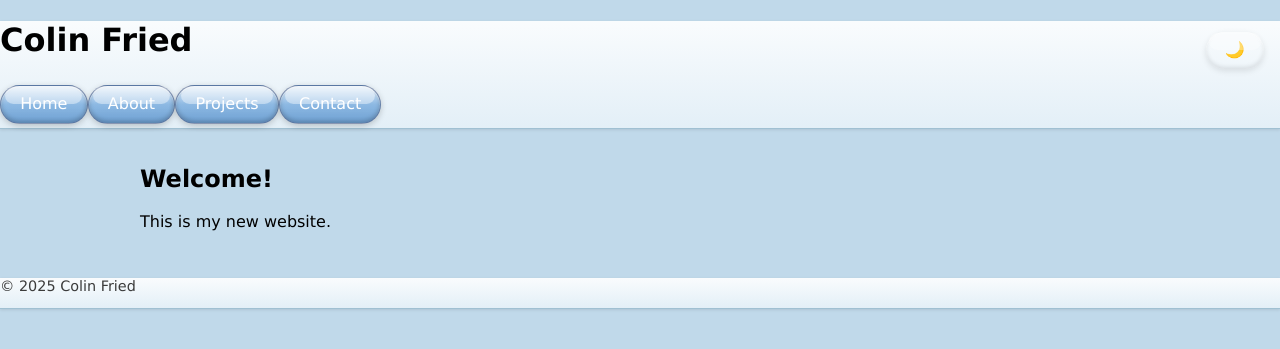
Repository: colinfdsaui/colin
Page: website.html
These files come from the project's save history. The page is drawn as it stood at one moment and after the next save; the edit follows.
The browser window is 1280 px wide. The pictures show the whole page.

Above is the page before, as saved 2025-07-09 09:21:56.

### website.html
<!DOCTYPE html>
<html lang="en">
<head>
  <meta charset="UTF-8"/>
  <meta name="viewport" content="width=device-width, initial-scale=1.0"/>
  <title>My Website</title>

  <!-- Styles -->
  <link rel="stylesheet" href="styles.css"/>

  <!-- Site JS (deferred) -->
  <script src="scripts/main.js" defer></script>

  <!-- Global MathJax config -->
  <script>
    window.MathJax = {
      tex: {
        inlineMath: [['$', '$'], ['\\(', '\\)']],
        displayMath: [['\\[', '\\]'], ['$$', '$$']],
        processEscapes: true
      },
      svg: { fontCache: 'global' }
    };
  </script>
  <!-- Load MathJax v3 -->
  <script src="https://cdn.jsdelivr.net/npm/mathjax@3/es5/tex-svg.js" defer></script>
</head>

<body>
  <!-- Header / Nav -->
  <header>
    <h1>Colin Fried</h1>
    <nav>
      <ul class="nav-links">
        <li><a class="active" href="website.html">Home</a></li>
        <li><a href="about.html">About</a></li>
        <li><a href="projects.html">Projects</a></li>
        <li><a href="test.html">Contact</a></li>
      </ul>
      <button id="theme-toggle" aria-label="Toggle dark mode">🌙</button>
    </nav>
  </header>

  <!-- Main Content -->
  <main>
    <section id="hero">
      <h2>Welcome!</h2>
      <p>This is my new website.</p>
    </section>
  </main>

  <!-- Footer -->
  <footer>
    <p>© 2025 Colin Fried</p>
  </footer>
</body>
</html>

### styles.css
/* ====================
   Global & layout
   ==================== */

/* 1) Define your palette once, at the top of your main stylesheet */
/* ─── Light (default) ───────────────────────────────────────────────────────── */
:root {
  --color-bg-primary:      #c0d9ea;
  --color-bg-secondary:    #e3eff7;
  --color-bg-highlight:    #fffffd;
  --color-accent:          #8db9e3;
  --color-accent-dark:     #6b8cb4;
  --color-text-primary:    #000000;
  --color-text-secondary:  #3b3b3b;
  --color-text-inverse:    #ffffff;
  --color-border:          #a0c0d2;
  --color-shadow:          rgba(0,0,0,0.1);
  --btn-grad-top:       rgba(255,255,255,0.8);  /* glossy highlight */
  --btn-grad-mid:       rgba(141,185,227,0.9);  /* mid‑tone Aqua */
  --btn-grad-bottom:    rgba(110,160,210,1);    /* deeper base */
  /* lighter highlight shadow */
  --color-shadow-light:  rgba(255,255,255,0.6);
  /* darker inset on hover */
  --color-shadow-hover:  rgba(0,0,0,0.3);
  /* darker inset on active */
  --color-shadow-active: rgba(0,0,0,0.2);
}

/* ─── Dark theme overrides ──────────────────────────────────────────────────── */
html[data-theme="dark"] {
  /* Deep “ocean” base */
  --color-bg-primary:      #1f2933;   /* midnight‑blue with teal hint */
  /* Slightly lighter panels & surfaces */
  --color-bg-secondary:    #273645;
  --color-bg-highlight:    #2e3d55;   /* subtle lift for cards/panels */

  /* Aqua‐accent pops */
  --color-accent:          #3fa9f5;   /* sky‑blue */
  --color-accent-dark:     #1e70c7;   /* rich sapphire */

  /* Text tones */
  --color-text-primary:    #d7e7f1;   /* pale ice */
  --color-text-secondary:  #9cb4cc;   /* muted steel blue */
  --color-text-inverse:    #000000;   /* for accent on bright buttons */

  /* Borders & dividers */
  --color-border:          #3a4a5f;   /* faded charcoal */

  /* Shadows */
  --color-shadow:          rgba(0,0,0,0.6); /* deeper shadow for depth */
  --btn-grad-top:       rgba(255,255,255,0.2);  /* subtler highlight */
  --btn-grad-mid:       var(--color-accent);    /* use your dark accent */
  --btn-grad-bottom:    var(--color-accent-dark);
  --color-shadow-light:  rgba(255,255,255,0.3);
  --color-shadow-hover:  rgba(0,0,0,0.5);
  --color-shadow-active: rgba(0,0,0,0.4);
}


#theme-toggle {
  position: fixed;
  top: 2rem;
  right: 1rem;
  background: transparent;
  border: none;
  font-size: 1rem;
  cursor: pointer;
  color: var(--color-text-primary);
}

body {
  margin:            0;
  padding:           0;
  font-family:       "Lucida Grande", -apple-system, BlinkMacSystemFont, sans-serif;
  background-color:  var(--color-bg-primary);
  color:             var(--color-text-primary);
}

/* Header & Footer with gradient, borders & shadow */
header,
footer {
  background-color:  var(--color-bg-secondary);
  background-image:  linear-gradient(
                       to bottom,
                       rgba(255,255,255,0.8),
                       var(--color-bg-secondary)
                     );
  background-repeat: no-repeat;
  background-size:   cover;
  border-bottom:     1px solid var(--color-border);
  box-shadow:        0 1px 3px var(--color-shadow);
}

nav ul {
  list-style-type: none;
  margin: 0;
  padding: 0;
  display: flex;
  justify-content: left;
}

main {
  padding:    1rem;
  max-width:  1000px;
  margin:     auto;
}

footer {
  font-size:    0.9rem;
  color:        var(--color-text-secondary);
}

/* ====================
   Links as Buttons
   ==================== */

/* Turn every <a> into a button */
a {
  display:          inline-block;
  padding:          0.5em 1em;
  margin:           0.25em 0;
  background-color: var(--color-accent);
  color:            var(--color-text-inverse);
  text-decoration:  none;
  border:           1px solid var(--color-accent-dark);
  border-radius:    4px;
  font-family:      inherit;
  font-size:        1rem;
  line-height:      1.2;
  cursor:           pointer;
  box-shadow:       0 1px 2px var(--color-shadow);
  transition:       background-color 0.2s ease,
                    transform        0.1s ease;
}

/* ====================
   Aqua‑style pill buttons for <a>
   ==================== */
a {
  /* Reset/link basics */
  display:          inline-block;
  position:         relative;      /* for ::before */
  text-decoration:  none;
  color:            var(--color-text-inverse);
  font-family:      inherit;
  font-size:        1rem;
  line-height:      1.5;
  padding:          0.4em 1.2em;   /* taller for pill shape */
  margin:           0.25em 0;

  /* Pill shape + border */
  border-radius:    9999px;
  border:           1px solid rgba(75, 93, 132, 0.6);

  /* Gradient background: top → mid → bottom */
  background-image:
    linear-gradient(
      to bottom,
      rgba(255,255,255,0.8) 0%,       /* bright top */
      rgba(141,185,227,0.9) 50%,      /* mid‑blue */
      rgba(110,160,210,1) 100%        /* darker bottom */
    );

  /* Depth: inner shadow + outer glow */
  box-shadow:
    inset 0 1px 1px rgba(255,255,255,0.6),   /* light inner highlight */
    inset 0 -2px 4px rgba(0,0,0,0.2),        /* dark inner shadow */
    0 2px 6px rgba(0,0,0,0.2);               /* outer drop shadow */

  cursor:           pointer;
  transition:       transform 0.1s ease,
                    box-shadow 0.2s ease;
}

/* the glossy “shine” stripe */
a::before {
  content: "";
  position: absolute;
  top:    4%;
  left:   5%;
  width:  90%;
  height: 45%;
  border-radius: inherit;
  background: rgba(255, 255, 255, 0.4);
}

/* hover / focus lift */
a:hover,
a:focus {
  transform: translateY(-1px);
  box-shadow:
    inset 0 1px 1px rgba(255,255,255,0.6),
    inset 0 -2px 4px rgba(0,0,0,0.3),
    0 4px 8px rgba(0,0,0,0.25);
}

/* active (pressed‑in) state */
a:active {
  transform: translateY(0);
  box-shadow:
    inset 0 1px 2px rgba(0,0,0,0.2),
    0 1px 3px rgba(0,0,0,0.15);
}

/* ====================
   Global Button Styles (apply to every <button>)
   ==================== */
button {
  background-image:
    linear-gradient(
      to bottom,
      var(--btn-grad-top)    0%,
      var(--btn-grad-mid)    50%,
      var(--btn-grad-bottom) 100%
    );
  color:            var(--color-text-inverse);
  border:           1px solid var(--color-accent-dark);
  border-radius:    9999px;
  padding:          0.4em 1.2em;
  font-family:      inherit;
  font-size:        1rem;
  line-height:      1.5;
  cursor:           pointer;
  position:         relative;
  box-shadow:
    inset 0 1px 1px var(--color-shadow-light),
    inset 0 -2px 4px var(--color-shadow),
    0 2px 6px var(--color-shadow);
  transition:       transform 0.1s ease, box-shadow 0.2s ease;
}

button::before {
  content: "";
  position: absolute;
  top:    4%;
  left:   5%;
  width:  90%;
  height: 45%;
  border-radius: inherit;
  background:       var(--btn-grad-top);
  opacity:          0.4;
}

button:hover,
button:focus {
  transform: translateY(-1px);
  box-shadow:
    inset 0 1px 1px var(--color-shadow-light),
    inset 0 -2px 4px var(--color-shadow-hover),
    0 4px 8px var(--color-shadow);
}

button:active {
  transform: translateY(0);
  box-shadow:
    inset 0 1px 2px var(--color-shadow-active),
    0 1px 3px var(--color-shadow);
}

.panel {
  background-color: var(--color-bg-highlight);
  border:           1px solid var(--color-border);
  padding:          1em;
  border-radius:    6px;
}

/* ====================
   Flipbook container (existing)
   ==================== */
#flipbook,
#flipbook-wrapper {
  width:       800px;
  height:      600px;
  margin:      2rem auto;
  overflow:    hidden;
  background:  var(--color-bg-primary);
  border:      1px solid var(--color-border);
  box-shadow:  0 2px 4px var(--color-shadow);
}

/* scoped only to that instance */
#flipbook-wrapper.custom-bg #flipbook {
  background: url("pages/dust_jacket_front.png");
  background-size: contain;
}


#flipbook .page {
  width:         50%;
  height:        100%;
  float:         left;
  overflow:      hidden;
  background:    var(--color-bg-highlight);
  border-right:  1px solid var(--color-border);
  border: 1px solid rgba(0, 0, 0, 0.05); /* soft edge */
}

#flipbook .page.dummy {
  background: empty;
  pointer-events: none;
}

#flipbook .page img {
  width:       100%;
  height:      100%;
  object-fit:  scale;
  transition:  transform 0.3s ease;
}

/* Zoomed page image */
#flipbook .page img.zoomed {
  transform: scale(2);
  cursor:    zoom-out;
}

/* Full-screen zoom modal */
#zoom-modal {
  display:         none;
  position:        fixed;
  inset:           0;
  background:      rgba(0, 0, 0, 0.8);
  z-index:         9999;
  align-items:     center;
  justify-content: center;
  overflow:        auto;
}

#zoom-modal img {
  width:       150%;
  height:      150%;
  transform:   translate(-15%);
  object-fit:  contain;
}

.flipbook-controls {
  display:        flex;
  justify-content: center;  /* center items horizontally */
  align-items:    center;    /* center items vertically */
  flex-wrap:      wrap;      /* allow items to wrap onto multiple lines */
  gap:            0.5rem;    /* space between items */
  margin:         1rem 0;    /* optional vertical spacing around the controls */
}

/* Optional: normalize spacing on every direct child (buttons, inputs, labels) */
.flipbook-controls > * {
  margin: 0.25rem;
}

/* ── Shelf Container ───────────────────────────────────────────────────────── */
.shelf {
  position:       relative;
  padding-bottom: 3rem;  /* room for the plank thickness + shadow */
  margin:         2rem 0;
  perspective:    200px; /* optional for subtle depth */
}

/* Front plank face */
.shelf::before {
  content:        "";
  position:       absolute;
  bottom:         0;
  left:           0%;
  width:          101%;
  height:         1.5rem;   /* thickness of the shelf */
  background:     var(--color-accent-dark);
  border-radius:  2px 2px 6px 6px;
  box-shadow:
    0 2px 4px rgba(0,0,0,0.3),    /* cast shadow below */
    inset 0 2px 4px rgba(255,255,255,0.2); /* light highlight at top edge */
  z-index:        1;
}

/* ── Shelf Plank ───────────────────────────────────────────────────────────── */
.shelf::after {
  content:        "";
  position:       absolute;
  bottom:         1.5rem;  /* sit directly on top of ::before */
  left:           0.5%;
  width:          100%;
  height:         0.5rem;  /* the “lid” thickness */
  background:     linear-gradient(
                    to bottom,
                    rgba(255,255,255,0.6),
                    var(--color-accent)
                  );
  border-radius:  6px 6px 0 0;
  box-shadow:
    inset 0 -1px 2px rgba(0,0,0,0.2); /* subtle inner shadow */
  z-index:        2;
}
/* ── Cover Gallery ─────────────────────────────────────────────────────────── */
.book-grid {
  display:            grid;
  grid-template-columns: repeat(auto-fill, minmax(160px, 1fr));
  gap:                1rem 2rem;
  padding:            2rem;
  justify-items:      center;
  z-index:  1;
}

.book-item {
  display:            flex;
  flex-direction:     column;
  align-items:        center;
  text-decoration:    none;
  color:              var(--color-text-primary);
  transition:         transform 0.2s ease, box-shadow 0.2s ease;
  background:      none !important;
  border:          none !important;
  box-shadow:      none !important;
  padding:         0 !important;
  position:        static !important;  /* neutralize position:relative */
  margin-bottom:  -3rem;     /* pulls the image down onto the shelf */
  transition:     transform 0.2s ease;
}
/* Remove the glossy pseudo‑element */
.book-item::before {
  content:        none !important;
}

.book-item img {
  width:              100%;
  height:             auto;
  max-height:         250px; /* adjust to preference */
  object-fit:         cover;
  border:             1px solid var(--color-border);
  box-shadow:         0 8px 8px rgba(0,0,0,0.1);
  border-radius:      5px;
}

.book-item .book-title {
  margin-top:         0.5rem;
  font-size:          0.9rem;
  text-align:         center;
}

.book-item:hover {
  transform:          translateY(-4px);
  box-shadow:         0 8px 16px rgba(0,0,0,0.15);
  transform: translateY(-4px);
  transform: scale(1.1);
  z-index: 10;
}

### scripts/main.js
// main.js

document.addEventListener('DOMContentLoaded', () => {
  const btn  = document.getElementById('theme-toggle');
  const root = document.documentElement;

  // On load, apply saved theme
  if (localStorage.getItem('theme') === 'dark') {
    root.setAttribute('data-theme', 'dark');
    btn.textContent = '☀️';
  }

  btn.addEventListener('click', () => {
    const isDark = root.getAttribute('data-theme') === 'dark';

    if (isDark) {
      root.removeAttribute('data-theme');
      localStorage.removeItem('theme');
      btn.textContent = '🌙';
    } else {
      root.setAttribute('data-theme', 'dark');
      localStorage.setItem('theme', 'dark');
      btn.textContent = '☀️';
    }
  });
});

After the next save:
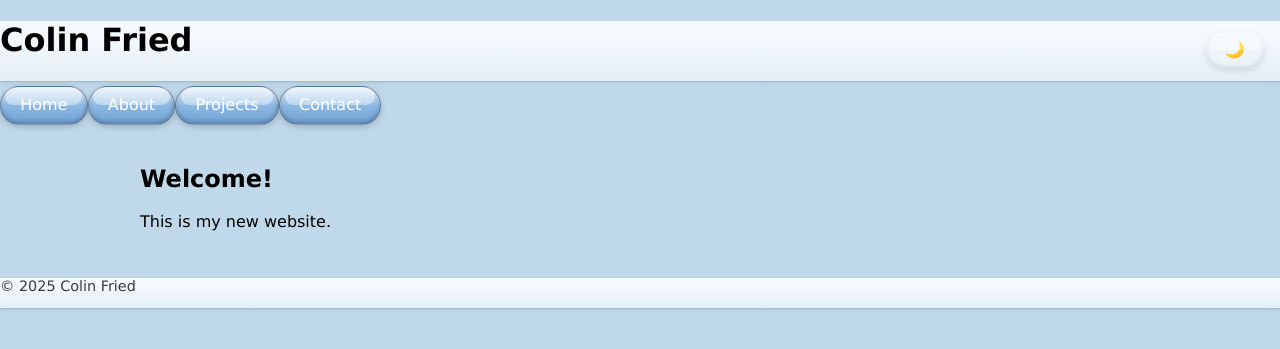
Saved 55 s later.
--- a/website.html
+++ b/website.html
@@ -30,6 +30,7 @@
   <!-- Header / Nav -->
   <header>
     <h1>Colin Fried</h1>
+</header>
     <nav>
       <ul class="nav-links">
         <li><a class="active" href="website.html">Home</a></li>
@@ -39,7 +40,6 @@
       </ul>
       <button id="theme-toggle" aria-label="Toggle dark mode">🌙</button>
     </nav>
-  </header>
 
   <!-- Main Content -->
   <main>
